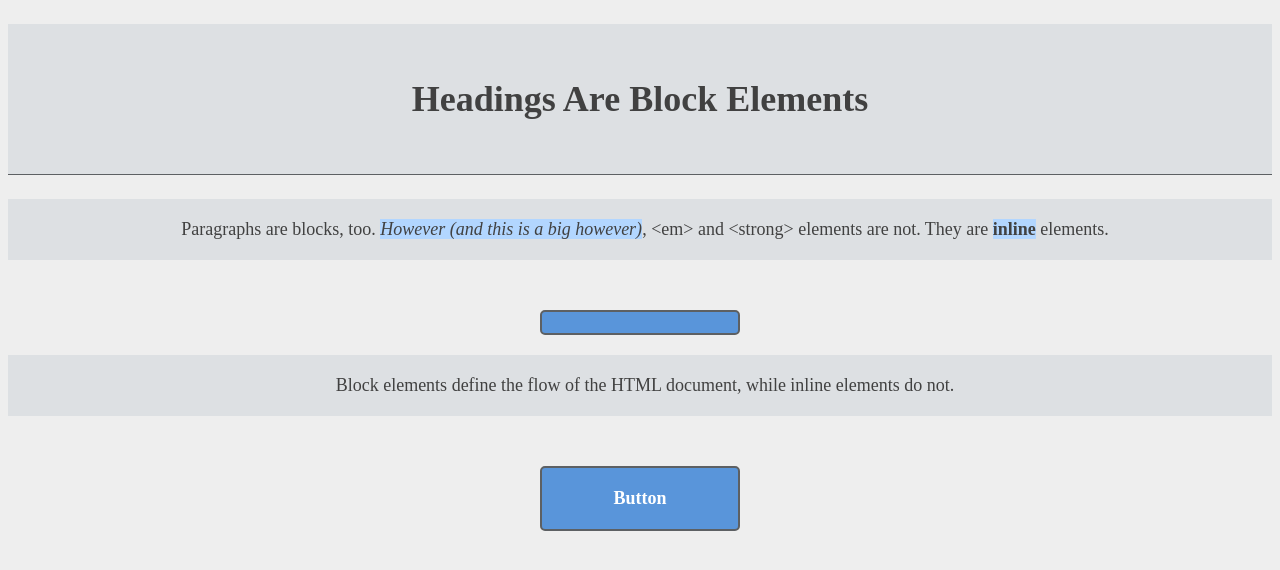
Repository: devinsheldon/CS-260
Page: CS260-F2022/environment/public_html/css-box-model/boxes.html
The author's editor kept a record of every edit. The page is drawn from the files as they stood at one moment, then again after the next edit.
The browser window is 1280 px wide. The pictures show the whole page.

Above is the page before.

### CS260-F2022/environment/public_html/css-box-model/boxes.html
<!DOCTYPE html>
<html lang='en'>
  <head>
    <meta charset='UTF-8'/>
    <title>Boxes Are Easy!</title>
    <link rel='stylesheet' href='box-styles.css'/>
  </head>
  <body>
    <h1>Headings Are Block Elements</h1>

    <p>Paragraphs are blocks, too. <em>However (and this is a big however)</em>, &lt;em&gt; and &lt;strong&gt;
       elements are not. They are <strong>inline</strong> elements.</p>

    <div style='padding-top: 1px'></div>  <!-- Now only consecutive elements can collapse into each other. -->

    <p>Block elements define the flow of the HTML document, while inline elements
       do not.</p>

    <div>Button</div>

  </body>
</html>

### CS260-F2022/environment/public_html/css-box-model/box-styles.css
body {
  color: #414141;               /* Dark gray */
  background-color: #EEEEEE;    /* Light gray */
  font-size: 18px;
  text-align: center;
}

h1, p {
  background-color: #DDE0E3;    /* Light gray */
}

h1 {
    padding: 1.5em;
    /*border: 1px solid #5D6063;*/
    border-bottom: 1px solid #5D6063;
}

p {
  padding-top: 20px;
  padding-bottom: 20px;
  padding-left: 10px;
  padding-right: 0px;
  /* Also written as:
  padding: 20px 0 20px 10px;  /* Top  Right  Bottom  Left */
  /*OR you can do:
  padding: 20px 10px;  /* Vertical  Horizontal */
  margin-bottom: 50px;

}

em, strong {
  background-color: #B2D6FF;    /* Light blue */
  display: inline;
}

div {
  color: #FFF;
  background-color: #5995DA;
  font-weight: bold;
  padding: 20px;
  text-align: center;
  border: 2px solid #5D6063;
  border-radius: 5px;

  width: 200px;
  box-sizing: border-box;
  margin: 20px auto; /* Vertical  Horizontal */
}

After the next edit:
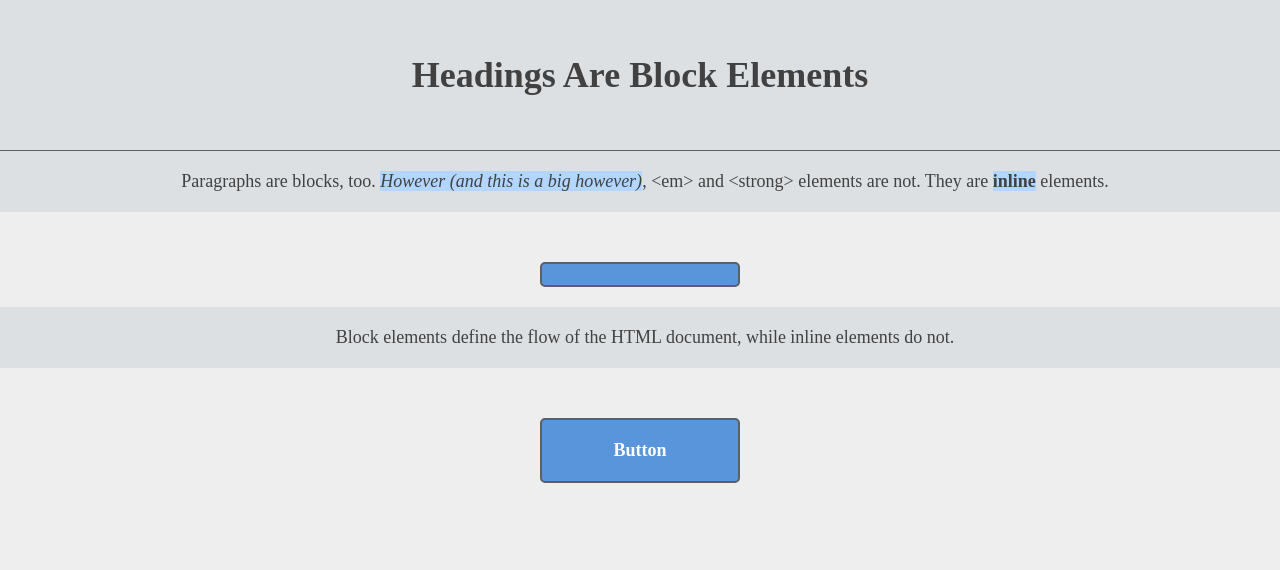
The edit:
--- a/CS260-F2022/environment/public_html/css-box-model/box-styles.css
+++ b/CS260-F2022/environment/public_html/css-box-model/box-styles.css
@@ -1,3 +1,9 @@
+* {
+  margin: 0;
+  padding: 0;
+  box-sizing: border-box;
+}
+
 body {
   color: #414141;               /* Dark gray */
   background-color: #EEEEEE;    /* Light gray */
